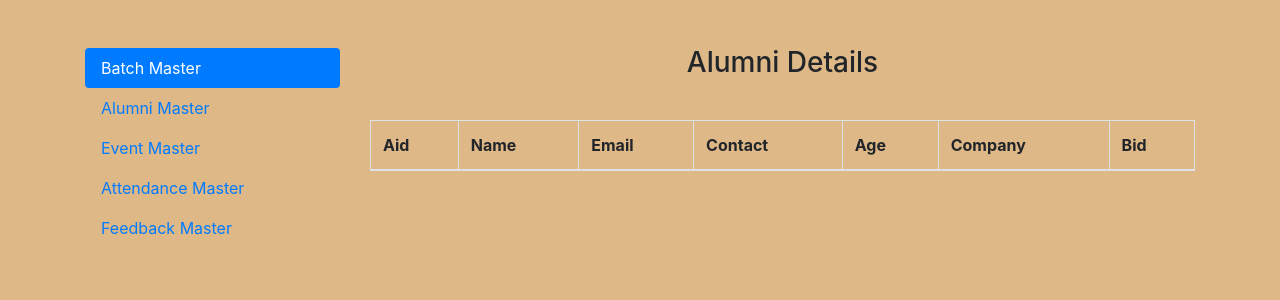
Repository: Shreyash1107/Web_Projects
Page: http://localhost/AlumnieventmanagementApplication/Viewalumni.jsp
These files come from the project's save history. The page is drawn as it stood at one moment and after the next save; the edit follows.
The browser window is 1280 px wide. The pictures show the whole page.
The page is served by Tomcat 9. Nobody is signed in. The application's start-up code is not run. Other server files are loaded and not shown. Queries for data that is not in the repository find no rows.

Above is the page before, as saved 2024-08-04 04:10:50.

### AlumnieventmanagementApplication/src/main/webapp/Viewalumni.jsp
<%@page import="org.techhub.service.*"%>
<%@page import="org.techhub.model.*"%>
<%@page import="java.util.*"%>
<%@ page language="java" contentType="text/html; charset=ISO-8859-1"
	pageEncoding="ISO-8859-1"%>
<!DOCTYPE html>
<html>
<head>
<meta charset="ISO-8859-1">
<title>View Alumni</title>
<link rel="stylesheet"
	href="https://cdn.jsdelivr.net/npm/bootstrap@4.0.0/dist/css/bootstrap.min.css"
	integrity="sha384-Gn5384xqQ1aoWXA+058RXPxPg6fy4IWvTNh0E263XmFcJlSAwiGgFAW/dAiS6JXm"
	crossorigin="anonymous">
	<link rel="stylesheet" href="CSS/view.css"/>
</head>
<body>
	<div class="container mt-5">
		<div class="row">
			<div class="col-md-3">
				<div class="nav flex-column nav-pills menubar" id="v-pills-tab"
					role="tablist" aria-orientation="vertical">
					<a class="nav-link active" id="v-pills-home-tab" data-toggle="pill"
						href="index.jsp" role="tab" aria-controls="v-pills-home"
						aria-selected="true">Batch Master</a> <a class="nav-link"
						id="v-pills-profile-tab" data-toggle="pill"
						href="Alumnimaster.jsp" role="tab" aria-controls="v-pills-profile"
						aria-selected="false">Alumni Master</a> <a class="nav-link"
						id="v-pills-messages-tab" data-toggle="pill"
						href="#v-pills-messages" role="tab"
						aria-controls="v-pills-messages" aria-selected="false">Event
						Master</a>
						<a class="nav-link" id="v-pills-attendance-tab"
                        data-toggle="pill" href="#v-pills-attendance" role="tab"
                        aria-controls="v-pills-settings" aria-selected="false">Attendance
                        Master</a>
                    <a class="nav-link" id="v-pills-feedback-tab"
                        data-toggle="pill" href="#v-pills-feedback" role="tab"
                        aria-controls="v-pills-settings" aria-selected="false">Feedback
                        Master</a>
				</div>
			</div>
			<div class="col-md-9 content">
				<div class="tab-content" id="v-pills-tabContent">
					<div class="tab-pane fade show active" id="v-pills-home"
						role="tabpanel" aria-labelledby="v-pills-home-tab">
						<div class="form-container mt-5">
						<center>
							<h3 class="heading">
								Alumni Details
							</h3>
						</center>
							<table class="table table-bordered">
								<thead>
									<tr>
										<th scope="col">Aid</th>
										<th scope="col">Name</th>
										<th scope="col">Email</th>
										<th scope="col">Contact</th>
										<th scope="col">Age</th>
										<th scope="col">Company</th>
										<th scope="col">Bid</th>
									</tr>
								</thead>
								<tbody>
									<%
									Alumnimasterservice amservice = new AlumniMasterServiceImpl();
									Vector<AlumniMasterModel> vect = amservice.getalumni();
									if (vect != null) {
										for (AlumniMasterModel amodel : vect) {
									%>
									<tr>
										<td class="bg-primary"><%=amodel.getid()%></td>
										<td class = "bg-danger"><%=amodel.getname()%></td>
										<td class="bg-info"><%=amodel.getEmail()%></td>
										<td class="bg-success"><%=amodel.getContact()%></td>
										<td class="bg-warning"><%=amodel.getAge()%></td>
										<td class="bg-secondary"><%=amodel.getCompany()%></td>
										<td class="bg-light"><%=amodel.getBid()%></td>
									</tr>
									<%
									}
									}
									%>
								</tbody>
							</table>
						</div>
					</div>
					<div class="tab-pane fade" id="v-pills-profile" role="tabpanel"
						aria-labelledby="v-pills-profile-tab"></div>
					<div class="tab-pane fade" id="v-pills-messages" role="tabpanel"
						aria-labelledby="v-pills-messages-tab"></div>
					<div class="tab-pane fade" id="v-pills-settings" role="tabpanel"
						aria-labelledby="v-pills-settings-tab"></div>
				</div>
			</div>
		</div>
	</div>
</body>
</html>

### AlumnieventmanagementApplication/src/main/java/org/techhub/service/Alumnimasterservice.java
package org.techhub.service;

import java.util.Vector;

import org.techhub.model.AlumniMasterModel;

public interface Alumnimasterservice
{
	public boolean isAlumniAdded(AlumniMasterModel am);
	public Vector<AlumniMasterModel> getalumni();
	public boolean isAlumniUpdated(AlumniMasterModel am);
	public boolean isAlumnidelete(AlumniMasterModel am);
}

### AlumnieventmanagementApplication/src/main/java/org/techhub/service/AlumniMasterServiceImpl.java
package org.techhub.service;

import java.util.Vector;

import org.techhub.model.AlumniMasterModel;
import org.techhub.repository.AlumniMasterModelrepositoryImpl;
import org.techhub.repository.Alumnirepository;

public class AlumniMasterServiceImpl implements Alumnimasterservice
{
	Alumnirepository amrepo = new AlumniMasterModelrepositoryImpl();
	public boolean isAlumniAdded(AlumniMasterModel am)
	{
		return amrepo.isAlumniAdded(am);
	}
	public Vector<AlumniMasterModel> getalumni()
	{
		Vector v = amrepo.getalumni();
		return v;
	}
	public boolean isAlumniUpdated(AlumniMasterModel am)
	{
		return amrepo.isAlumniUpdated(am);
	}
	public boolean isAlumnidelete(AlumniMasterModel am)
	{
		return amrepo.isAlumnidelete(am);
	}
}

### AlumnieventmanagementApplication/src/main/java/org/techhub/repository/Alumnirepository.java
package org.techhub.repository;

import java.util.Vector;

import org.techhub.model.AlumniMasterModel;

public interface Alumnirepository
{
	public boolean isAlumniAdded(AlumniMasterModel am);
	public Vector<AlumniMasterModel> getalumni();
	public boolean isAlumniUpdated(AlumniMasterModel am);
	public boolean isAlumnidelete(AlumniMasterModel am);
}

### AlumnieventmanagementApplication/src/main/java/org/techhub/repository/DB.java
package org.techhub.repository;

import java.sql.Connection;
import java.sql.DriverManager;
import java.sql.PreparedStatement;
import java.sql.ResultSet;
import java.sql.SQLException;

public class DB
{
	protected Connection conn;
	protected ResultSet rs;
	protected PreparedStatement pstmt;
	public DB()
	{
		try
		{
			Class.forName("com.mysql.cj.jdbc.Driver");
		}
		catch (ClassNotFoundException e)
		{
			e.printStackTrace();
		}
		try
		{
			conn = DriverManager.getConnection("jdbc:mysql://localhost:3306/alumnimanagement", "root", "Shreyash@123");
		}
		catch (SQLException e)
		{
			e.printStackTrace();
		}
	}
}

### AlumnieventmanagementApplication/src/main/java/org/techhub/repository/AlumniMasterModelrepositoryImpl.java
package org.techhub.repository;

import java.util.Vector;

import org.techhub.model.AlumniMasterModel;

public class AlumniMasterModelrepositoryImpl extends DB implements Alumnirepository
{
	Vector<AlumniMasterModel> vect = null;
	public boolean isAlumniAdded(AlumniMasterModel am)
	{
		int val;
		try
		{
			pstmt = conn.prepareStatement("insert into alumnimaster values('0',?,?,?,?,?,?)");
			pstmt.setString(1, am.getname());
			pstmt.setString(2, am.getEmail());
			pstmt.setString(3, am.getContact());
			pstmt.setInt(4, am.getAge());
			pstmt.setString(5, am.getCompany());
			pstmt.setInt(6, am.getBid());
			val = pstmt.executeUpdate();
			return val>0?true:false;
		}
		catch(Exception ex)
		{
			ex.printStackTrace();
			return false;
		}
	}
	public Vector<AlumniMasterModel> getalumni()
	{
		vect = new Vector<AlumniMasterModel>();
		try
		{
			pstmt = conn.prepareStatement("select *from Alumnimaster");
			rs = pstmt.executeQuery();
			while(rs.next())
			{
				AlumniMasterModel amodel = new AlumniMasterModel();
				amodel.setAid(rs.getInt(1));
				amodel.setname(rs.getString(2));
				amodel.setEmail(rs.getString(3));
				amodel.setContact(rs.getString(4));
				amodel.setAge(rs.getInt(5));
				amodel.setCompany(rs.getString(6));
				amodel.setBid(rs.getInt(7));
				vect.add(amodel);
			}
			return vect.size()>0?vect:null;
		}
		catch(Exception ex)
		{
			ex.printStackTrace();
		}
		return null;
	}
	public boolean isAlumniUpdated(AlumniMasterModel am)
	{
		int val;
		try
		{
			pstmt = conn.prepareStatement("update Alumnimaster set Name = ?,Email = ?,Contact=?,Age = ?, Company = ?, Bid = ? where Aid = ?");
			pstmt.setString(1, am.getname());
			pstmt.setString(2, am.getEmail());
			pstmt.setString(3, am.getContact());
			pstmt.setInt(4, am.getAge());
			pstmt.setString(5, am.getCompany());
			pstmt.setInt(6, am.getBid());
			pstmt.setInt(7, am.getid());
			val = pstmt.executeUpdate();
			return val>0?true:false;
		}
		catch(Exception ex)
		{
			ex.printStackTrace();
			return false;
		}
	}
	public boolean isAlumnidelete(AlumniMasterModel am)
	{
		int val;
		try
		{
			pstmt = conn.prepareStatement("delete from Alumnimaster where Aid = ?");
			pstmt.setInt(1, am.getid());
			val = pstmt.executeUpdate();
			return val>0?true:false;
		}
		catch(Exception ex)
		{
			ex.printStackTrace();
			return false;
		}
	}
}

### AlumnieventmanagementApplication/src/main/webapp/CSS/view.css
@charset "ISO-8859-1";
.heading
{
	margin-top: -50px;
	margin-bottom: 40px;
}
body
{
	background-color:burlywood
}

After the next save:
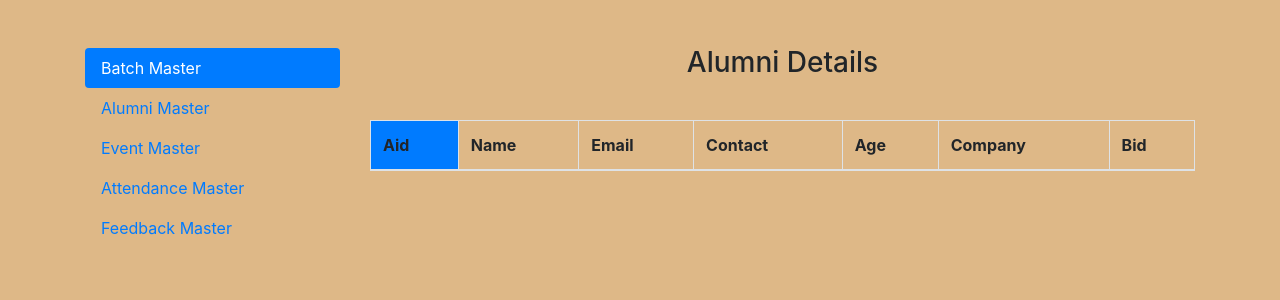
Saved 80 s later.
--- a/AlumnieventmanagementApplication/src/main/webapp/Viewalumni.jsp
+++ b/AlumnieventmanagementApplication/src/main/webapp/Viewalumni.jsp
@@ -53,7 +53,7 @@
 							<table class="table table-bordered">
 								<thead>
 									<tr>
-										<th scope="col">Aid</th>
+										<th scope="col" class="bg-primary">Aid</th>
 										<th scope="col">Name</th>
 										<th scope="col">Email</th>
 										<th scope="col">Contact</th>

After the 2 saves that followed:
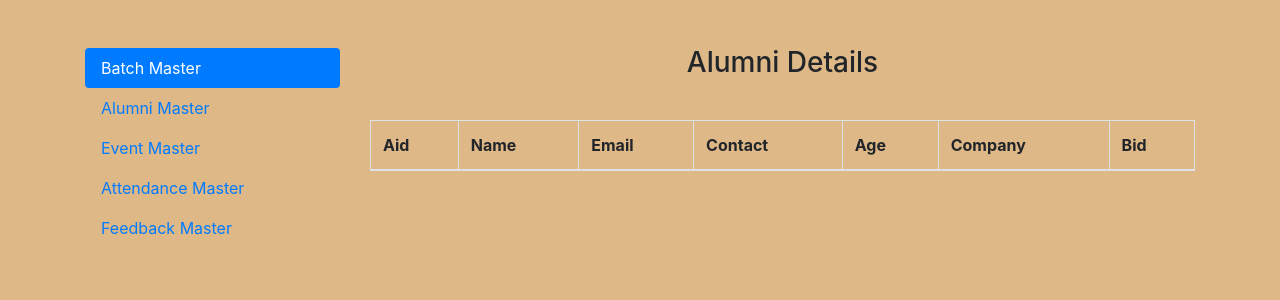
The 2 saves are shown as one change because 1 left the picture as it was.
The last was saved 55 s later.
--- a/AlumnieventmanagementApplication/src/main/webapp/Viewalumni.jsp
+++ b/AlumnieventmanagementApplication/src/main/webapp/Viewalumni.jsp
@@ -53,7 +53,7 @@
 							<table class="table table-bordered">
 								<thead>
 									<tr>
-										<th scope="col" class="bg-primary">Aid</th>
+										<th scope="col">Aid</th>
 										<th scope="col">Name</th>
 										<th scope="col">Email</th>
 										<th scope="col">Contact</th>
@@ -70,13 +70,13 @@
 										for (AlumniMasterModel amodel : vect) {
 									%>
 									<tr>
-										<td class="bg-primary"><%=amodel.getid()%></td>
-										<td class = "bg-danger"><%=amodel.getname()%></td>
-										<td class="bg-info"><%=amodel.getEmail()%></td>
-										<td class="bg-success"><%=amodel.getContact()%></td>
-										<td class="bg-warning"><%=amodel.getAge()%></td>
-										<td class="bg-secondary"><%=amodel.getCompany()%></td>
-										<td class="bg-light"><%=amodel.getBid()%></td>
+										<td><%=amodel.getid()%></td>
+										<td><%=amodel.getname()%></td>
+										<td><%=amodel.getEmail()%></td>
+										<td><%=amodel.getContact()%></td>
+										<td><%=amodel.getAge()%></td>
+										<td><%=amodel.getCompany()%></td>
+										<td><%=amodel.getBid()%></td>
 									</tr>
 									<%
 									}
